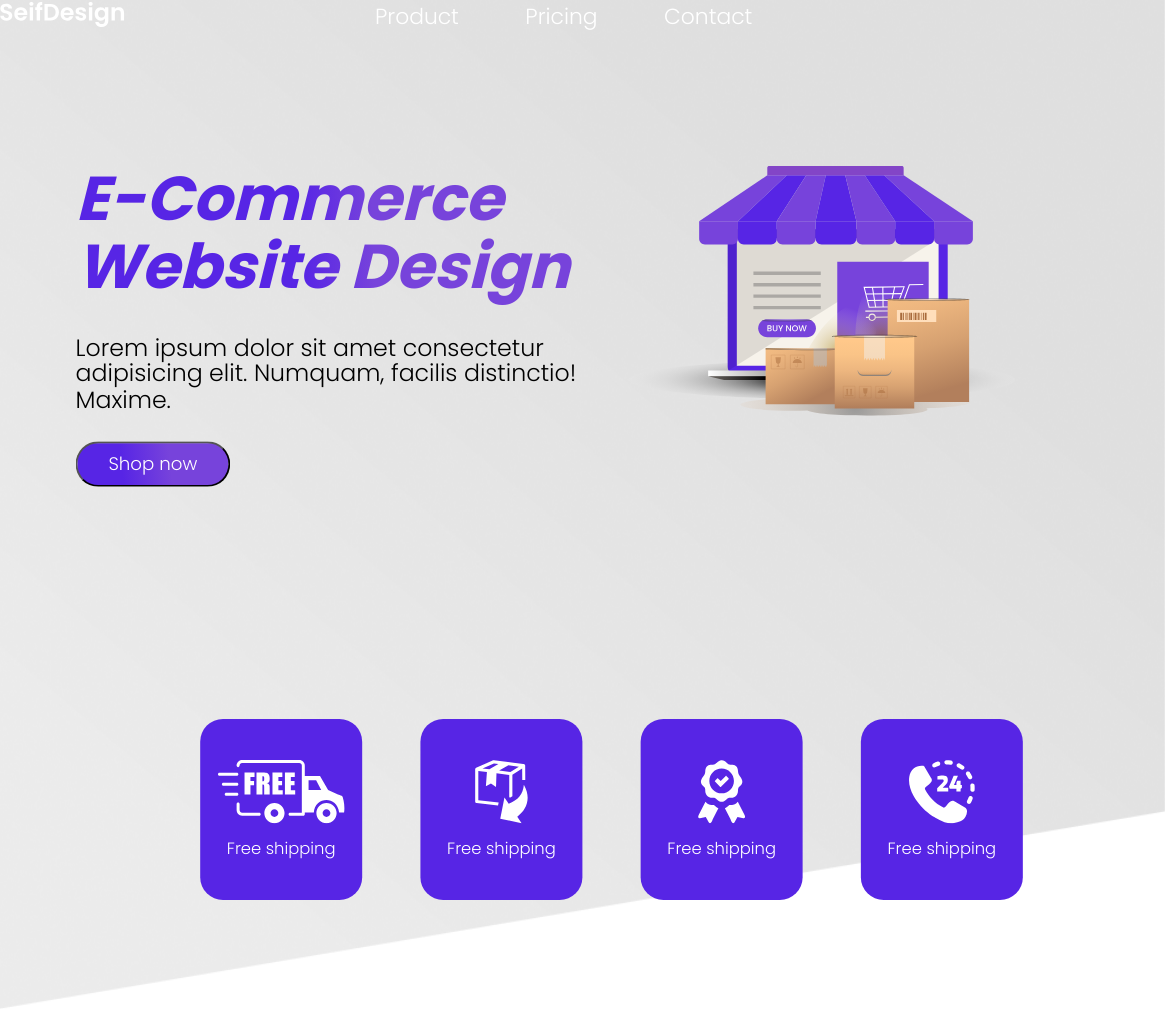
Repository: simralgasimov/newpage
Page: index.html
The author's editor kept a copy of each file at every save. The page is drawn from the files as they stood at one save, then again after the next save.
The browser window is 1280 px wide. The pictures show the whole page, at 91% of full size.
The style sheet was rebuilt from its Sass, Less or Tailwind sources for each picture, by a compiler version that may differ from the author's.

Above is the page before, as saved 2023-12-13 14:48:26.
Not found: index.js

After the next save:
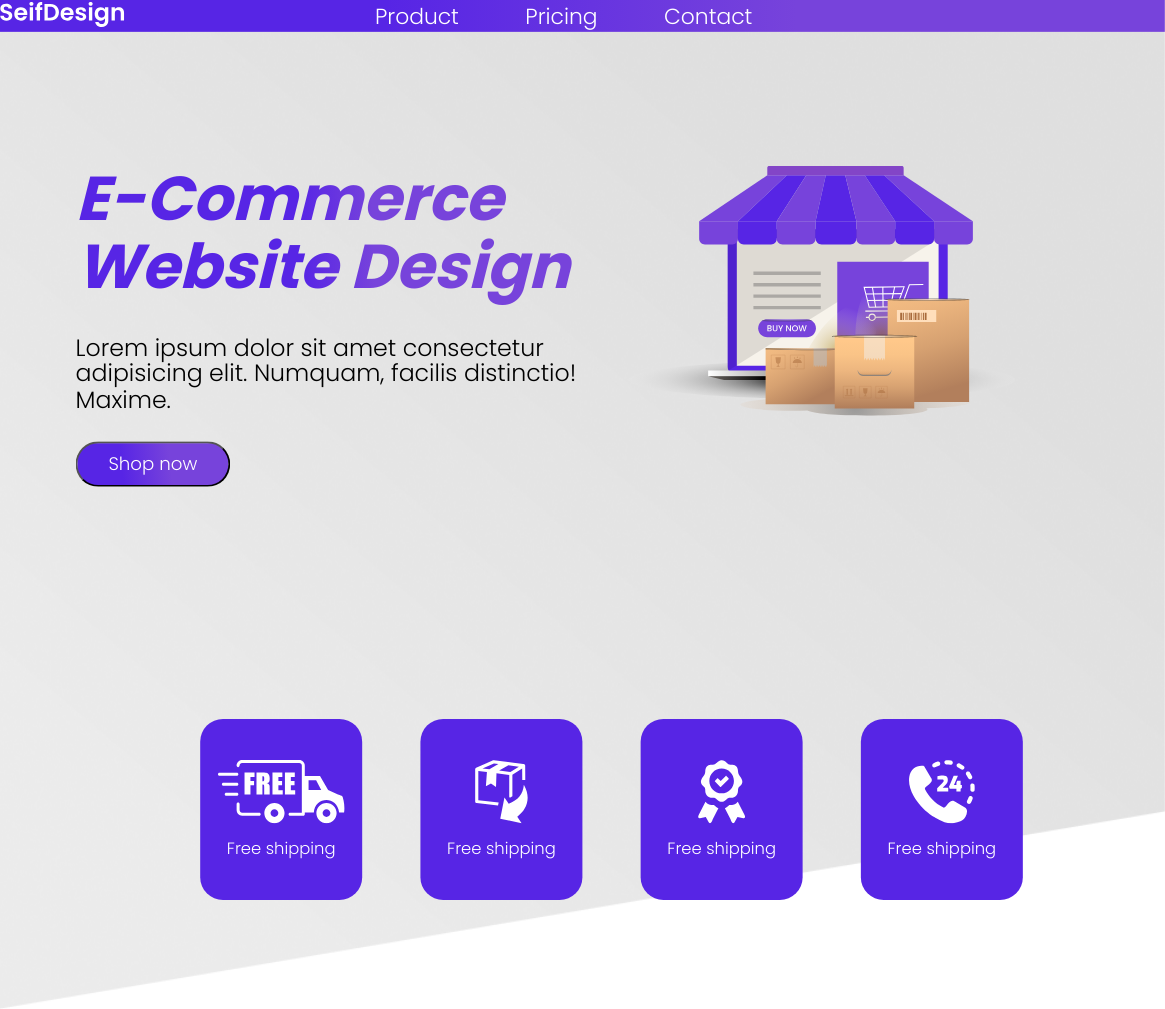
Saved 27 s later.
--- a/index.scss
+++ b/index.scss
@@ -18,6 +18,7 @@
     nav {
         display: flex;
         align-items: center;
+        background: linear-gradient(270deg, #7743DB 31.64%, #5725E5 66.78%);
         @media screen and (max-width: 1024px) {
             display: flex;
             justify-content: space-between;
